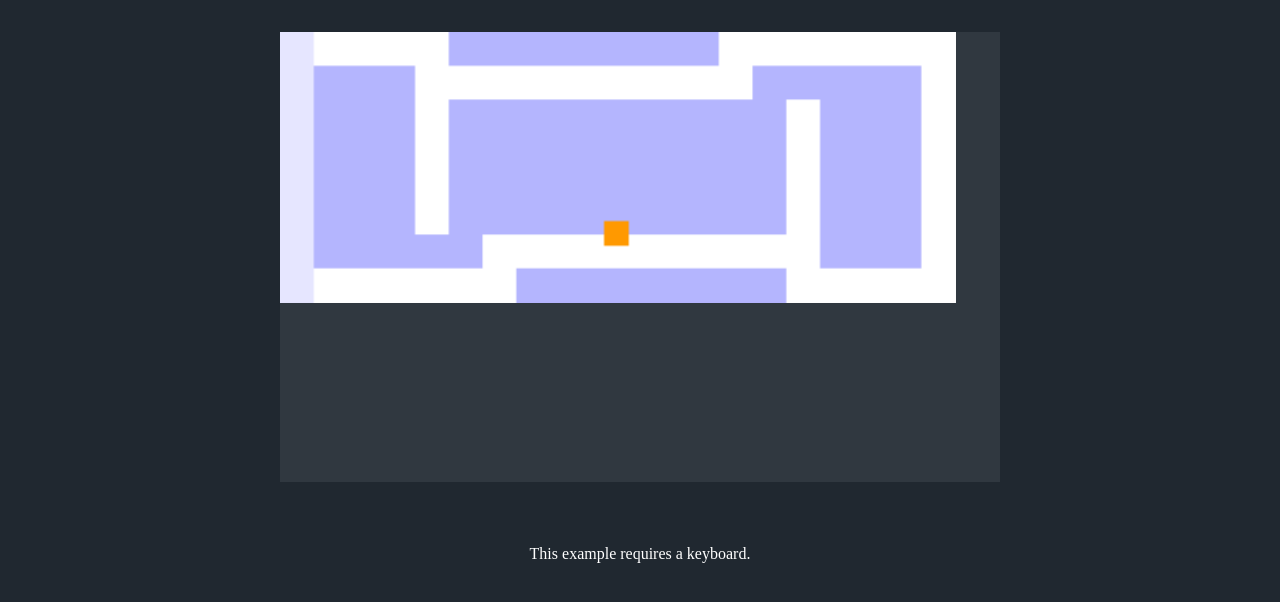
Repository: jh0l/WorldsHardestGame
Page: index.html
These files come from the project's save history. The page is drawn as it stood at one moment and after the next save; the edit follows.
The browser window is 1280 px wide. The pictures show the whole page.

Above is the page before, as saved 2018-07-19 00:30:52.

### index.html
<html>

<head>

	<meta name="viewport" content="width=device-width">
	<link href="src/index.css" rel="stylesheet" type="text/css">

	<title>PoP Vlog - Top Down Tiles</title>

</head>

<body>

	<canvas></canvas>

	<p>This example requires a keyboard.</p>

	<script src="src/index.js" type="text/javascript"></script>

</body>

</html>

### src/index.css
* {
  box-sizing: border-box;
  margin: 0;
  padding: 0;
}

html {
  height: 100%;
  width: 100%;
}

body {
  align-content: space-around;
  background-color: #202830;
  color: #ffffff;
  display: grid;
  grid-template-columns: auto;
  grid-template-rows: auto auto auto auto;
  height: 100%;
  justify-content: space-around;
  text-align: center;
  width: 100%;
}

canvas {
  background-color: #303840;
  justify-self: center;
}

### src/index.js
(function() {
  "use strict";

  var controller, display, game;

  controller = {
    down: false,
    left: false,
    right: false,
    up: false,

    keyUpDown: function(event) {
      var key_state = event.type == "keydown" ? true : false;

      switch (event.keyCode) {
        case 65:
          controller.left = key_state;
          break; // left key
        case 87:
          controller.up = key_state;
          break; // up key
        case 68:
          controller.right = key_state;
          break; // right key
        case 83:
          controller.down = key_state;
          break; // down key
      }
    }
  };
  const tileValColor = (val, index) => {
    if (val !== '0') {
      return index % game.world.columns === 0 ? "#e6e6ff" : "#fff";
    }
    return "#b4b5fe";
  };
  display = {
    buffer: document.createElement("canvas").getContext("2d"),
    context: document.querySelector("canvas").getContext("2d"),
    output: document.querySelector("p"),

    render: function() {
      for (let index = game.world.map.length - 1; index > -1; --index) {
        this.buffer.fillStyle = tileValColor(game.world.map[index], index);
        this.buffer.fillRect(
          (index % game.world.columns) * game.world.tile_size,
          Math.floor(index / game.world.columns) * game.world.tile_size,
          game.world.tile_size,
          game.world.tile_size
        );
      }

      this.buffer.fillStyle = game.player.color;
      this.buffer.fillRect(
        game.player.x,
        game.player.y,
        game.player.width,
        game.player.height
      );

      this.context.drawImage(
        this.buffer.canvas,
        0,
        0,
        this.buffer.canvas.width,
        this.buffer.canvas.height,
        0,
        0,
        this.context.canvas.width,
        this.context.canvas.height
      );
    },

    resize: function(event) {
      var client_height = document.documentElement.clientHeight;

      display.context.canvas.width = document.documentElement.clientWidth - 32;

      if (display.context.canvas.width > client_height) {
        display.context.canvas.width = client_height;
      }

      display.context.canvas.height = Math.floor(
        display.context.canvas.width * 0.625
      );

      display.render();
    }
  };
  const playerSize = 11;
  game = {
    /* This is the player object. Make sure to note that for this collision method
    to work, you must record the current and last positions of your game objects
    to use in collision detection. It is used to calculate the vector used to determine
    if an object is entering into a collision tile and from what side. */
    player: {
      color: "#ff9900",
      height: playerSize,
      old_x: 160, // these are what you should take note of. Don't worry, it's useful
      old_y: 160, // to keep track of old positions for many physics methods. These aren't one trick pony's.
      speed: 3,
      velocity_x: 0,
      velocity_y: 0,
      width: playerSize,
      x: 160 - 16,
      y: 100 - 16,

      // These functions just make it easy to read the collision code
      get bottom() {
        return this.y + this.height;
      },
      get oldBottom() {
        return this.old_y + this.height;
      },
      get left() {
        return this.x;
      }, // kind of pointless, but used
      get oldLeft() {
        return this.old_x;
      }, // to help visualize the collision methods
      get right() {
        return this.x + this.width;
      },
      get oldRight() {
        return this.old_x + this.width;
      },
      get top() {
        return this.y;
      }, // equally pointless as left side calculations
      get oldTop() {
        return this.old_y;
      }
    },

    world: {
      map: []
      // the routing functions below with matching numbers

      // represent these tiles and route their values to
      // the collision methods you might expect based on their names
    },

    /* This object is responsible for getting the collision methods that match
    tile values in the map. It uses what I call routing functions to group reusable
    narrow phase collision methods together to create a variety of different tile
    boundary shapes. You can get the same effect with an array of routing functions rather
    than giving an object's routing functions numeric indexes, if you prefer. It might be faster. */
    collision: {
      // top wall collision tile
      1: function(object, row, column) {
        // The player hits the bottom of ceiling tiles.
        this.bottomCollision(object, row);
      },

      // left wall collision tile
      2: function(object, row, column) {
        this.rightCollision(object, column);
      },

      // right wall collision tile
      3: function(object, row, column) {
        // The player collides with the left side of a wall on the right of the map.
        this.leftCollision(object, column); // Confusing to visualize, but true.
      },

      // bottom wall collision tile
      4: function(object, row, column) {
        this.topCollision(object, row);
      },

      // block tile with four walls
      5: function(object, row, column) {
        /* It makes sense to test the most likely side to be collided with first.
        In a top down game, all sides are hit about the same number of times, depending
        on gameplay, but in a side scroller with downward pulling gravity, the tops of
        tiles will usually get the most traffic, so it makes sense to test the tops
        first in those scenarios. */
        if (this.topCollision(object, row)) {
          return;
        } // Make sure to early out
        if (this.leftCollision(object, column)) {
          return;
        } // if a collision is detected.
        if (this.rightCollision(object, column)) {
          return;
        }
        this.bottomCollision(object, row); // No need to early out on the last check.
      },
      // left and right only
      6: function(object, row, column) {
        if (this.leftCollision(object, column)) {
          return;
        }
        this.rightCollision(object, column);
      },
      // left, right and bottom only
      7: function(object, row, column) {
        if (this.leftCollision(object, column)) {
          return;
        }
        if (this.rightCollision(object, column)) {
          return;
        }
        this.bottomCollision(object, row); // No need to early out on the last check.
      },
      //left right and top only
      8: function(object, row, column) {
        if (this.leftCollision(object, column)) {
          return;
        }
        if (this.rightCollision(object, column)) {
          return;
        }
        this.topCollision(object, row); // No need to early out on the last check.
      },
      //left and top
      9: function(object, row, column) {
        if (this.leftCollision(object, column)) {
          return;
        }
        this.topCollision(object, row); // No need to early out on the last check.
      },
      //bottom and right
      a: function(object, row, column) {
        if (this.rightCollision(object, column)) {
          return;
        }
        this.bottomCollision(object, row); // No need to early out on the last check.
      },

      /* Here are the narrow phase collision detection and response functions.
      For a deeper insight into how these work, and what's going on, I'm using
      leftCollision as an example. The principles I explain here apply to all
      of the other narrow phase collision methods. Note that they're basically
      doing the same thing, just for different flat sides of a tile. */
      leftCollision(object, column) {
        /* To calculate the player's movement vector, I'm no longer using its velocity (like in the last tutorial).
        Instead, I'm going to calculate it based on it's current and last positions.
        the old way was if (object.velocity_x > 0), now it's if (object.x - object.old_x > 0).
        This is a bit more reliable in my opinion, depending on how and when you calculate your velocity. */

        /* If the object is not moving right, how will it ENTER into the left side of a tile?
        If not moving right, the player can't possibly ENTER the left side of a tile.
        We are only concerned with resolving collisions objects ENTER into. If they are spawned
        inside a collision tile, it is not the collision manager's job to resolve that, it is
        the level designer's job to fix the level design so collision can be as efficient as possible. */
        if (object.x - object.old_x > 0) {
          // the left side of the specified tile column
          var left = column * game.world.tile_size;

          /* This tests to see if our object is ENTERING through the collision boundary
          along the correct movement vector. If its current position is past the boundary
          and its old position is before the boundary, we know that it has entered into collision with the tile. */
          if (object.right > left && object.oldRight <= left) {
            object.velocity_x = 0;
            object.x = object.old_x = left - object.width - 0.001;
            /* You really don't need to reset the player's old position here if you are
            setting it at the start of each game loop, but if you are using a fixed time step
            game loop with interpolation, it will make your collisions look more pixel perfect.
            The reason for this is because with interpolation, your player may be drawn slightly
            away from the wall he just collided with on the next frame of animation depending on
            how much time has passed. So, you don't need to do this, but it doesn't hurt. It may
            be a problem if you end up changing old positions for player to player collisions as well,
            however, because old positions are used to calculate vectors for tile collision.
            Just make sure changing old positions are the last thing you do before the next frame,
            and you should be fine. */

            return true;
          }
        }

        return false;
      },

      rightCollision(object, column) {
        if (object.x - object.old_x < 0) {
          // the right side of the specified tile column
          var right = (column + 1) * game.world.tile_size;

          if (object.left < right && object.oldLeft >= right) {
            object.velocity_x = 0;
            object.old_x = object.x = right;

            return true;
          }
        }

        return false;
      },

      bottomCollision(object, row) {
        // if the object is moving up
        if (object.y - object.old_y < 0) {
          var bottom = (row + 1) * game.world.tile_size;

          if (object.top < bottom && object.oldTop >= bottom) {
            object.velocity_y = 0;
            object.old_y = object.y = bottom;
          }
        }
      },

      topCollision(object, row) {
        // if the object is moving down
        if (object.y - object.old_y > 0) {
          // the top side of the specified tile row
          var top = row * game.world.tile_size;

          // if the object has passed through the tile boundary since the last game cycle
          if (object.bottom > top && object.oldBottom <= top) {
            object.velocity_y = 0;
            object.old_y = object.y = top - object.height - 0.01;

            return true;
          }
        }

        return false;
      }
    },

    // The game loop:
    loop: function() {
      // Get controller input and move that player object!
      if (controller.down) {
        game.player.velocity_y += game.player.speed;
      }

      if (controller.up) {
        game.player.velocity_y -= game.player.speed;
      }

      if (controller.left) {
        game.player.velocity_x -= game.player.speed;
      }

      if (controller.right) {
        game.player.velocity_x += game.player.speed;
      }

      // Update the player object:
      game.player.old_x = game.player.x; // Set the old position to the current position
      game.player.old_y = game.player.y; // before we update the current position, thus making it current

      game.player.x += game.player.velocity_x; // Update the current position
      game.player.y += game.player.velocity_y;

      // Do collision detection and response with the boundaries of the screen.
      // if (game.player.x < 0) {
      //   game.player.velocity_x = 0;
      //   game.player.old_x = game.player.x = 0;
      // } else if (
      //   game.player.x + game.player.width >
      //   display.buffer.canvas.width
      // ) {
      //   game.player.velocity_x = 0;
      //   game.player.old_x = game.player.x =
      //     display.buffer.canvas.width - game.player.width - 0.001;
      //   /* I added that - 0.001 to the equation to really push the player object back into
      //   the game world. If the edge of the world is 320 px, and you set the right edge of
      //   the player obect to 320, technically its tile position will be 1 tile to the right of
      //   the edge of the world when calculated. Say there are 10 columns in the map, and each
      //   tile is 32 pixels wide. 320/32 is 10, but since our map index starts at 0, a value of 10
      //   falls outside of the map's number of columns. Failing to handle this can result in
      //   testing collision on tiles in another row, or tiles at undefined positions in the map array.*/
      // }

      if (game.player.y < 0) {
        game.player.velocity_y = 0;
        game.player.old_y = game.player.y = 0;
      } else if (
        game.player.y + game.player.height >
        display.buffer.canvas.height
      ) {
        game.player.velocity_y = 0;
        game.player.old_y = game.player.y =
          display.buffer.canvas.height - game.player.height - 0.001;
      }

      /* Here is where we do broadphase collision detection with the four corners of
      our player object. This is very important. In the last tutorial the player only
      had 1 collision registration point. Collision was simple, then. Now, it's just as
      simple, but we need to do it for each corner of our player object. */

      /* Once again, there's no point of testing collision if we're not moving. depending
      on which direction we are moving we must test different collision registration points
      on our player. For instance, if he is moving left, we test the points on his left side: */
      if (game.player.x - game.player.old_x < 0) {
        // test collision on left side of player if moving left

        /* There are much more efficient ways to write this code without repeating
        variable names and this big monsterous block of if statements, but I thought it
        would be good to have specific variable names and less abstraction so you can
        get an idea of what's going on. */
        var left_column = Math.floor(game.player.left / game.world.tile_size);
        var bottom_row = Math.floor(game.player.bottom / game.world.tile_size);
        var value_at_index =
          game.world.map[bottom_row * game.world.columns + left_column];

        if (value_at_index != 0) {
          // Check the bottom left point

          game.collision[value_at_index](game.player, bottom_row, left_column);
          display.output.innerHTML =
            "last tile collided with: " + value_at_index;
        }

        var top_row = Math.floor(game.player.top / game.world.tile_size);
        value_at_index =
          game.world.map[top_row * game.world.columns + left_column];

        if (value_at_index != 0) {
          // Check the top left point

          game.collision[value_at_index](game.player, top_row, left_column);
          display.output.innerHTML =
            "last tile collided with: " + value_at_index;
        }
      } else if (game.player.x - game.player.old_x > 0) {
        // Is the player moving right?

        var right_column = Math.floor(game.player.right / game.world.tile_size);
        var bottom_row = Math.floor(game.player.bottom / game.world.tile_size);
        var value_at_index =
          game.world.map[bottom_row * game.world.columns + right_column];

        if (value_at_index != 0) {
          // Check the bottom right point

          game.collision[value_at_index](game.player, bottom_row, right_column);
          display.output.innerHTML =
            "last tile collided with: " + value_at_index;
        }

        var top_row = Math.floor(game.player.top / game.world.tile_size);
        value_at_index =
          game.world.map[top_row * game.world.columns + right_column];

        if (value_at_index != 0) {
          // Check the top right point

          game.collision[value_at_index](game.player, top_row, right_column);
          display.output.innerHTML =
            "last tile collided with: " + value_at_index;
        }
      }

      if (game.player.y - game.player.old_y < 0) {
        var left_column = Math.floor(game.player.left / game.world.tile_size);
        var top_row = Math.floor(game.player.top / game.world.tile_size);
        var value_at_index =
          game.world.map[top_row * game.world.columns + left_column];

        if (value_at_index != 0) {
          // Check the top left point

          game.collision[value_at_index](game.player, top_row, left_column);
          display.output.innerHTML =
            "last tile collided with: " + value_at_index;
        }

        var right_column = Math.floor(game.player.right / game.world.tile_size);
        value_at_index =
          game.world.map[top_row * game.world.columns + right_column];

        if (value_at_index != 0) {
          // Check the top right point

          game.collision[value_at_index](game.player, top_row, right_column);
          display.output.innerHTML =
            "last tile collided with: " + value_at_index;
        }
      } else if (game.player.y - game.player.old_y > 0) {
        var left_column = Math.floor(game.player.left / game.world.tile_size);
        var bottom_row = Math.floor(game.player.bottom / game.world.tile_size);
        var value_at_index =
          game.world.map[bottom_row * game.world.columns + left_column];

        if (value_at_index != 0) {
          // Check the bottom left point

          game.collision[value_at_index](game.player, bottom_row, left_column);
          display.output.innerHTML =
            "last tile collided with: " + value_at_index;
        }

        var right_column = Math.floor(game.player.right / game.world.tile_size);
        value_at_index =
          game.world.map[bottom_row * game.world.columns + right_column];

        if (value_at_index != 0) {
          // Check the bottom right point

          game.collision[value_at_index](game.player, bottom_row, right_column);
          display.output.innerHTML =
            "last tile collided with: " + value_at_index;
        }
      }

      game.player.velocity_x = 0;
      game.player.velocity_y = 0;

      display.render();

      window.requestAnimationFrame(game.loop);
    }
  };

  display.buffer.canvas.height = 200;
  display.buffer.canvas.width = 320;

  window.addEventListener("resize", display.resize);
  window.addEventListener("keydown", controller.keyUpDown);
  window.addEventListener("keyup", controller.keyUpDown);

  display.resize();
  // 1s are ceiling tiles
  // 2s and 3s are right and left wall tiles
  // 5 is a solid block/box tile
  // 4 is a floor tile
  const mapStr = `
11111000000001111111
2000311111111a000003
20006000000000080003
20006000000000060003
20006000000000060003
20007000000000060003
20000094444444420003
14444410000000014441
`;
  const map = mapStr
    .slice(1, -1)
    .replace(/\n/g, "")
    .split("");
  game.world = Object.assign(game.world, {
    columns: mapStr.split("\n")[1].length,
    rows: 5,
    tile_size: 15,
    map
  });
  game.loop();
})();

After the next save:
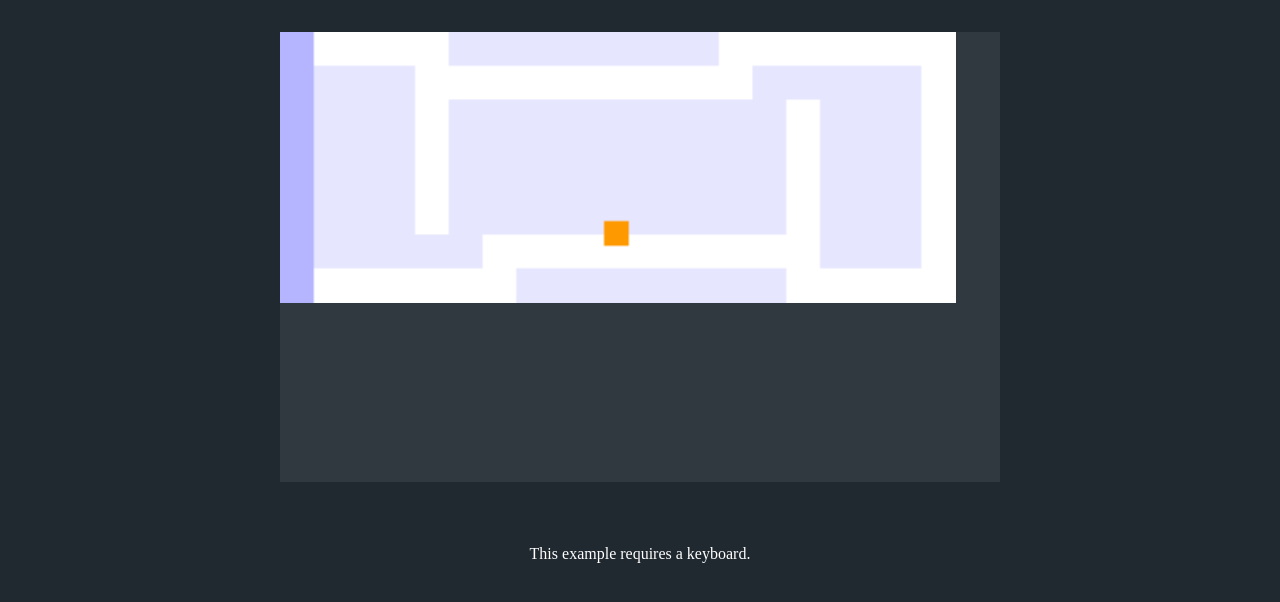
Saved 33 min 49 s later.
--- a/src/index.js
+++ b/src/index.js
@@ -30,9 +30,9 @@
   };
   const tileValColor = (val, index) => {
     if (val !== '0') {
-      return index % game.world.columns === 0 ? "#e6e6ff" : "#fff";
+      return index % game.world.columns === 0 ? "#b4b5fe" : "#fff";
     }
-    return "#b4b5fe";
+    return "#e6e6ff";
   };
   display = {
     buffer: document.createElement("canvas").getContext("2d"),
